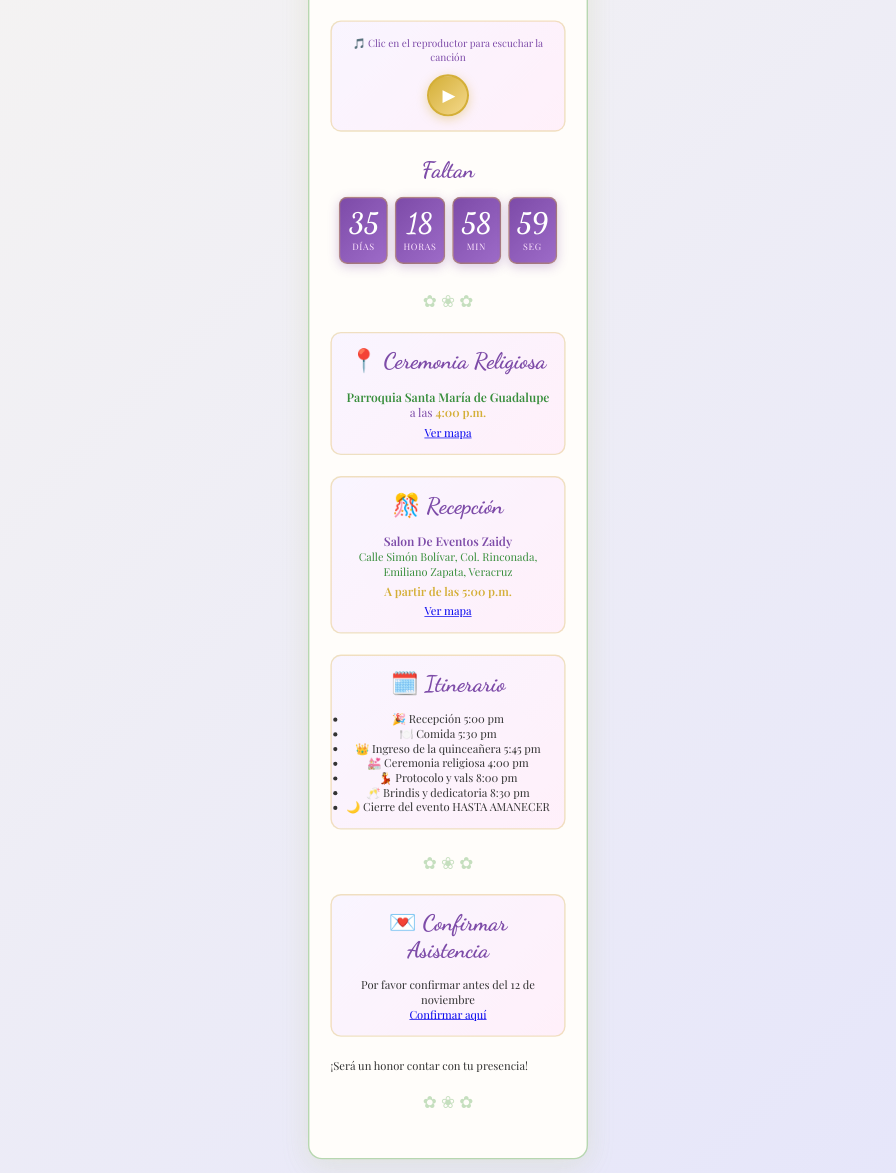
Repository: Jurgt2/InvitacionXvCamila
Page: index.html
An editor plug-in stored every save of this project. The page is shown before and after the next save, followed by the edit.
The browser window is 1280 px wide. The pictures show the part of the page from y = 853 to 2773 px (the page is 2529 px tall before and 2773 px after), at 70% of full size.
Some web fonts or font styles are not loaded; a fallback is used.

Above is the page before, as saved 2025-11-14 21:32:20.
Console error: TypeError: Cannot read properties of null (reading 'href')

### index.html
<!DOCTYPE html>
<html lang="es">
<head>
    <meta charset="UTF-8">
    <meta name="viewport" content="width=device-width, initial-scale=1.0">
    <title>Mis 15 Años - María Camila</title>

    <!-- Google Fonts -->
    <link rel="preconnect" href="https://fonts.googleapis.com">
    <link rel="preconnect" href="https://fonts.gstatic.com" crossorigin>
    <link href="https://fonts.googleapis.com/css2?family=Dancing+Script:wght@400;700&family=Playfair+Display:ital,wght@0,400;0,600;1,400&display=swap" rel="stylesheet">

    <!-- Estilos personalizados -->
    <link rel="stylesheet" href="style.css">
</head>
<body>
    <!-- Contenedor principal -->
    <div class="container">
    <!-- Encabezado superior eliminado -->
        <!-- 1. Foto circular de la quinceañera -->
        <div class="photo-section">
            <div class="photo-frame">
                <img src="quinceanera.jpg" alt="Emily Camila" class="quinceanera-photo">
            </div>
            <div class="crown-decoration">👑</div>
        </div>
        <!-- 2. Título principal -->
        <h1 class="main-title" style="font-family: 'Dancing Script', cursive; font-size: 2.5rem; font-weight: 700; color: #7d4ba8; text-align: center; margin: 20px 0 0 0;">
            Emily Camila <span style="font-size:2.5rem; color:#6a3d92; font-family: 'Dancing Script', cursive; font-weight: 700;">Salazar Santamaría</span>
        </h1>
        <!-- 3. Subtítulo descriptivo -->
        <p class="subtitle">
            Sus 15 años son un reflejo de su belleza, sus sueños y su alegría.<br>
            Hoy celebramos con entusiasmo y amor...
        </p>
        <!-- Fecha destacada (ahora debajo del texto) -->
        <div class="fecha-xv" style="text-align:center; margin:10px 0 18px 0;">
            <span style="display:inline-block; background:linear-gradient(90deg,#e6e6fa 60%,#d4af37 100%); color:#7d4ba8; border-radius:12px; padding:6px 18px; font-size:1.1rem; font-weight:600; letter-spacing:1px; box-shadow:0 2px 8px #e6e6fa80;">SÁBADO <span style="color:#388e3c; font-size:1.3rem;">20</span> DICIEMBRE</span>
        </div>
        <!-- Nombres de papás y padrinos (formato elegante) -->
        <div class="familia-xv" style="text-align:center; margin:28px 0 18px 0;">
            <span style="color:#7d4ba8; font-size:1.25rem; font-family:'Dancing Script',cursive; font-weight:700; letter-spacing:0.5px; display:block; margin-bottom:6px;">En compañía de</span>
            <div style="display:flex; justify-content:center; align-items:flex-start; gap:32px; flex-wrap:wrap; margin-bottom:6px;">
                <div style="min-width:140px;">
                    <span style="color:#d4af37; font-size:1.1rem; font-family:'Dancing Script',cursive; font-weight:700; display:block; margin-bottom:2px;">Sus papás</span>
                    <span style="display:block; color:#555; font-size:1.08rem; font-family:'Playfair Display',serif; font-style:italic; margin-bottom:2px;">José Antonio Salazar Morales</span>
                    <span style="display:block; color:#555; font-size:1.08rem; font-family:'Playfair Display',serif; font-style:italic;">Lissette Santamaría Correa</span>
                </div>
                <div style="min-width:140px;">
                    <span style="color:#7d4ba8; font-size:1.1rem; font-family:'Dancing Script',cursive; font-weight:700; display:block; margin-bottom:2px;">Sus padrinos</span>
                    <span style="display:block; color:#555; font-size:1.08rem; font-family:'Playfair Display',serif; font-style:italic; margin-bottom:2px;">Félix Córdova Alba</span>
                    <span style="display:block; color:#555; font-size:1.08rem; font-family:'Playfair Display',serif; font-style:italic;">Santa Correa Sánchez</span>
                </div>
            </div>
        </div>
        <!-- Decoración floral -->
        <div class="floral-divider">✿ ❀ ✿</div>

        <!-- 4. Reproductor de música -->
        <div class="music-section">
            <p class="music-instruction">🎵 Clic en el reproductor para escuchar la canción</p>
            <button id="playButton" class="play-button" aria-label="Reproducir música">
                <span id="playIcon">▶</span>
            </button>
            <audio id="audioPlayer" loop>
                <source src="musica.mp3" type="audio/mpeg">
                Tu navegador no soporta el elemento de audio.
            </audio>
        </div>

        <!-- 5. Cuenta regresiva -->
        <div class="countdown-section">
            <h2 class="section-title">Faltan</h2>
            <div class="countdown-container">
                <div class="countdown-box">
                    <div class="countdown-number" id="days">00</div>
                    <div class="countdown-label">Días</div>
                </div>
                <div class="countdown-box">
                    <div class="countdown-number" id="hours">00</div>
                    <div class="countdown-label">Horas</div>
                </div>
                <div class="countdown-box">
                    <div class="countdown-number" id="minutes">00</div>
                    <div class="countdown-label">Min</div>
                </div>
                <div class="countdown-box">
                    <div class="countdown-number" id="seconds">00</div>
                    <div class="countdown-label">Seg</div>
                </div>
            </div>
            <p id="countdownMessage" class="countdown-message"></p>
        </div>

        <!-- Decoración floral -->
        <div class="floral-divider">✿ ❀ ✿</div>

        <!-- 6. Sección LUGAR -->
        <div class="music-section">
            <h2 class="section-title">📍 Ceremonia Religiosa</h2>
            <p class="location-name" style="color:#388e3c; font-size:1.08rem; font-weight:700;">Parroquia Santa María de Guadalupe</p>
            <div style="color:#7d4ba8; font-size:1.05rem; margin-bottom:7px;">a las <span style="color:#d4af37; font-weight:700;">4:00 p.m.</span></div>
            <a href="https://maps.app.goo.gl/ystdQ5vSETh3HKnf7" target="_blank" rel="noopener noreferrer" class="btn btn-primary">
                Ver mapa
            </a>
        </div>

        <!-- 7. Sección RECEPCIÓN -->
        <div class="music-section">
            <h2 class="section-title">🎊 Recepción</h2>
            <p class="location-name" style="color:#7d4ba8; font-size:1.08rem; font-weight:700;">Salon De Eventos Zaidy</p>
            <div style="color:#388e3c; font-size:0.98rem; margin-bottom:7px;">Calle Simón Bolívar, Col. Rinconada, Emiliano Zapata, Veracruz</div>
            <div style="color:#d4af37; font-size:1.05rem; font-weight:700; margin-bottom:7px;">A partir de las 5:00 p.m.</div>
            <a href="https://maps.app.goo.gl/BLjvQERLtKDqoa328" target="_blank" rel="noopener noreferrer" class="btn btn-primary">
                Ver mapa
            </a>
        </div>
        <!-- 8. Sección ITINERARIO -->
        <div class="music-section">
            <h2 class="section-title">🗓️ Itinerario</h2>
            <ul class="itinerary-list">
                <li class="itinerary-item">
                    <span class="itinerary-icon">🎉</span>
                    <span class="itinerary-text">Recepción</span>
                    <span class="itinerary-time">5:00 pm</span>
                </li>
                <li class="itinerary-item">
                    <span class="itinerary-icon">🍽️</span>
                    <span class="itinerary-text">Comida</span>
                    <span class="itinerary-time">5:30 pm</span>
                </li>
                <li class="itinerary-item">
                    <span class="itinerary-icon">👑</span>
                    <span class="itinerary-text">Ingreso de la quinceañera</span>
                    <span class="itinerary-time">5:45 pm</span>
                </li>
                <li class="itinerary-item">
                    <span class="itinerary-icon">💒</span>
                    <span class="itinerary-text">Ceremonia religiosa</span>
                    <span class="itinerary-time">4:00 pm</span>
                </li>
                <li class="itinerary-item">
                    <span class="itinerary-icon">💃</span>
                    <span class="itinerary-text">Protocolo y vals</span>
                    <span class="itinerary-time">8:00 pm</span>
                </li>
                <li class="itinerary-item">
                    <span class="itinerary-icon">🥂</span>
                    <span class="itinerary-text">Brindis y dedicatoria</span>
                    <span class="itinerary-time">8:30 pm</span>
                </li>
                <li class="itinerary-item">
                    <span class="itinerary-icon">🌙</span>
                    <span class="itinerary-text">Cierre del evento</span>
                    <span class="itinerary-time">HASTA AMANECER</span>
                </li>
            </ul>
        </div>

        <!-- Decoración floral -->
        <div class="floral-divider">✿ ❀ ✿</div>

        <!-- 9. Sección CONFIRMAR ASISTENCIA -->
        <div class="music-section">
            <h2 class="section-title">💌 Confirmar Asistencia</h2>
            <p class="rsvp-text">Por favor confirmar antes del 12 de noviembre</p>
            <a href="https://wa.me/522791007933?text=Hola%2C%20confirmo%20mi%20asistencia%20a%20los%2015%20a%C3%B1os%20de%20Emily%20Camila.%20%C2%A1Ser%C3%A1%20un%20honor%20acompa%C3%B1arla%20en%20su%20d%C3%ADa%20especial!%20%F0%9F%92%96%F0%9F%8E%89" target="_blank" rel="noopener noreferrer" class="btn btn-primary">
                Confirmar aquí
            </a>
        </div>

        <!-- Footer decorativo -->
        <div class="footer">
            <p class="footer-text">¡Será un honor contar con tu presencia!</p>
            <div class="floral-divider">✿ ❀ ✿</div>
        </div>

    </div>

    <!-- Script JavaScript -->
    <script src="script.js"></script>
</body>
</html>

### style.css
/* ==========================================
   INVITACIÓN QUINCEAÑERA - DULCE PRIMAVERA
   Tema: Morado, Rosa y Dorado
   ========================================== */

/* Reset y configuración base */
* {
    margin: 0;
    padding: 0;
    box-sizing: border-box;
}

body {
    font-family: 'Playfair Display', serif;
    background: linear-gradient(135deg, #f8f6f0 0%, #e6e6fa 100%);
    min-height: 100vh;
    padding: 20px;
    color: #333;
    overflow-x: hidden;
}

/* Contenedor principal */
.container {
    max-width: 400px;
    margin: 0 auto;
    background: #fffdfa;
    border-radius: 20px;
    padding: 40px 30px;
    box-shadow: 0 10px 40px rgba(183, 215, 176, 0.15), 0 10px 40px rgba(212, 175, 55, 0.08);
    border: 2px solid #b7d7b0;
    position: relative;
}

/* ==========================================
   1. SECCIÓN DE FOTO
   ========================================== */
.photo-section {
    text-align: center;
    margin-bottom: 30px;
    position: relative;
}

.photo-frame {
    width: 180px;
    height: 180px;
    margin: 0 auto;
    border-radius: 50%;
    border: 6px solid #b7d7b0;
    overflow: hidden;
    box-shadow: 0 8px 20px rgba(183, 215, 176, 0.25), 0 8px 20px rgba(212, 175, 55, 0.15);
    position: relative;
}

.quinceanera-photo {
    width: 100%;
    height: 100%;
    object-fit: cover;
}

.crown-decoration {
    font-size: 2rem;
    margin-top: 10px;
    animation: float 3s ease-in-out infinite;
}

@keyframes float {
    0%, 100% { transform: translateY(0); }
    50% { transform: translateY(-10px); }
}

/* ==========================================
   2. TÍTULO PRINCIPAL
   ========================================== */
.main-title {
    font-family: 'Dancing Script', cursive;
    font-size: 3rem;
        color: #7d4ba8;
    text-align: center;
    margin: 20px 0;
    text-shadow: 2px 2px 4px #b7d7b0;
    font-weight: 700;
}

/* ==========================================
   3. SUBTÍTULO
   ========================================== */
.subtitle {
    font-size: 1rem;
    font-style: italic;
    text-align: center;
    color: #666;
    line-height: 1.6;
    margin-bottom: 25px;
    padding: 0 10px;
}

/* ==========================================
   DECORACIONES FLORALES
   ========================================== */
.floral-divider {
    text-align: center;
    font-size: 1.5rem;
    color: #b7d7b0;
    margin: 25px 0;
    opacity: 0.8;
}

/* ==========================================
   4. REPRODUCTOR DE MÚSICA
   ========================================== */
.music-section {
    text-align: center;
    margin: 30px 0;
    padding: 20px;
    background: linear-gradient(135deg, #f9f5ff 0%, #fff0fa 100%);
    border-radius: 15px;
    border: 2px solid rgba(212, 175, 55, 0.3);
}

.music-instruction {
    font-size: 0.9rem;
    color: #7d4ba8;
    margin-bottom: 15px;
}

.play-button {
    width: 60px;
    height: 60px;
    border-radius: 50%;
    border: 3px solid #d4af37;
    background: linear-gradient(135deg, #d4af37 0%, #f4d88a 100%);
    color: white;
    font-size: 1.5rem;
    cursor: pointer;
    transition: all 0.3s ease;
    box-shadow: 0 4px 15px rgba(212, 175, 55, 0.4);
    display: flex;
    align-items: center;
    justify-content: center;
    margin: 0 auto;
}

.play-button:hover {
    transform: scale(1.1);
    box-shadow: 0 6px 20px rgba(212, 175, 55, 0.6);
}

.play-button:active {
    transform: scale(0.95);
}

#playIcon {
    display: inline-block;
    margin-left: 3px;
}

/* ==========================================
   5. CUENTA REGRESIVA
   ========================================== */
.countdown-section {
    margin: 35px 0;
    text-align: center;
}

.section-title {
    font-family: 'Dancing Script', cursive;
    font-size: 2rem;
        color: #7d4ba8;
    margin-bottom: 20px;
    text-align: center;
}

.countdown-container {
    display: flex;
    justify-content: center;
    gap: 10px;
    flex-wrap: wrap;
}

.countdown-box {
    background: linear-gradient(135deg, #7d4ba8 0%, #9d6bc8 100%);
    border-radius: 12px;
    padding: 15px 10px;
    min-width: 70px;
    box-shadow: 0 4px 15px rgba(125, 75, 168, 0.3);
    border: 2px solid rgba(212, 175, 55, 0.4);
}

.countdown-number {
    font-family: 'Dancing Script', cursive;
    font-size: 2.5rem;
    color: white;
    font-weight: 700;
    line-height: 1;
}

.countdown-label {
    font-size: 0.8rem;
    color: #ffe6ff;
    margin-top: 5px;
    text-transform: uppercase;
    letter-spacing: 1px;
}

.countdown-message {
    margin-top: 20px;
    font-family: 'Dancing Script', cursive;
    font-size: 1.5rem;
    color: #d4af37;
    font-weight: 700;
        color: #666;

/* ==========================================
   6. SECCIÓN LUGAR
   ========================================== */
.location-section {
    text-align: center;
    margin: 35px 0;
    padding: 25px;
    background: #fff;
    border-radius: 15px;
    border: 2.5px solid #d4af37;
    box-shadow: 0 4px 16px rgba(212, 175, 55, 0.10);
}

.location-name {
    font-size: 1.1rem;
        color: #555;
    margin: 15px 0 20px 0;
    font-weight: 600;
}

/* ==========================================
   7. ITINERARIO
   ========================================== */
.itinerary-section {
    margin: 35px 0;
    padding: 25px;
    background: linear-gradient(135deg, #f8f6f0 0%, #e6e6fa 100%);
    border-radius: 15px;
    border: 2px solid #b7d7b0;
    box-shadow: 0 4px 16px rgba(183, 215, 176, 0.10);
}

.itinerary-list {
    list-style: none;
    margin-top: 20px;
}

.itinerary-item {
    display: flex;
    align-items: center;
    padding: 12px 0;
    border-bottom: 1px solid rgba(125, 75, 168, 0.1);
}

.itinerary-item:last-child {
    border-bottom: none;
}

.itinerary-icon {
    font-size: 1.3rem;
    margin-right: 12px;
    min-width: 30px;
}

.itinerary-text {
    flex: 1;
    font-size: 0.95rem;
        color: #555;
}

.itinerary-time {
    font-size: 0.9rem;
    color: #7d4ba8;
    font-weight: 600;
    min-width: 70px;
    text-align: right;
}

/* ==========================================
   8. CONFIRMAR ASISTENCIA
   ========================================== */
.rsvp-section {
    text-align: center;
    margin: 35px 0;
    padding: 25px;
    background: linear-gradient(135deg, #fff0ff 0%, #fffaff 100%);
    border-radius: 15px;
    border: 2px solid rgba(212, 175, 55, 0.3);
}

.rsvp-text {
    font-size: 1rem;
        color: #666;
    margin: 15px 0 20px 0;
    font-style: italic;
}

/* ==========================================
   BOTONES
   ========================================== */
.btn {
    display: inline-block;
    padding: 12px 30px;
    border-radius: 25px;
    text-decoration: none;
    font-size: 1rem;
    font-weight: 600;
    transition: all 0.3s ease;
    cursor: pointer;
    border: none;
    text-align: center;
    font-family: 'Playfair Display', serif;
}

.btn-primary {
    background: linear-gradient(135deg, #7d4ba8 0%, #9d6bc8 100%);
    color: white;
    box-shadow: 0 4px 15px rgba(125, 75, 168, 0.3);
}

.btn-primary:hover {
    transform: scale(1.05);
    box-shadow: 0 6px 20px rgba(125, 75, 168, 0.5);
    background: linear-gradient(135deg, #6a3d92 0%, #8a5ab4 100%);
}

.btn-primary:active {
    transform: scale(0.98);
}

/* ==========================================
   FOOTER
   ========================================== */
.footer {
    text-align: center;
    margin-top: 40px;
    padding-top: 20px;
    border-top: 2px solid rgba(125, 75, 168, 0.1);
}

.footer-text {
    font-family: 'Dancing Script', cursive;
    font-size: 1.3rem;
        color: #7d4ba8;
    margin-bottom: 15px;
}

/* ==========================================
   RESPONSIVE DESIGN
   ========================================== */
@media (max-width: 450px) {
    .container {
        padding: 30px 20px;
    }

    .main-title {
        font-size: 2.5rem;
    }

    .countdown-box {
        min-width: 65px;
        padding: 12px 8px;
    }

    .countdown-number {
        font-size: 2rem;
    }

    .section-title {
        font-size: 1.7rem;
    }

    .itinerary-text {
        font-size: 0.85rem;
    }

    .itinerary-time {
        font-size: 0.8rem;
        min-width: 60px;
    }
}

@media (max-width: 350px) {
    .photo-frame {
        width: 150px;
        height: 150px;
    }

    .main-title {
        font-size: 2.2rem;
    }

    .countdown-container {
        gap: 8px;
    }

    .countdown-box {
        min-width: 60px;
        padding: 10px 5px;
    }

    .countdown-number {
        font-size: 1.8rem;
    }
}

Loaded but not shown: script.js (157 lines, source omitted)

After the next save:
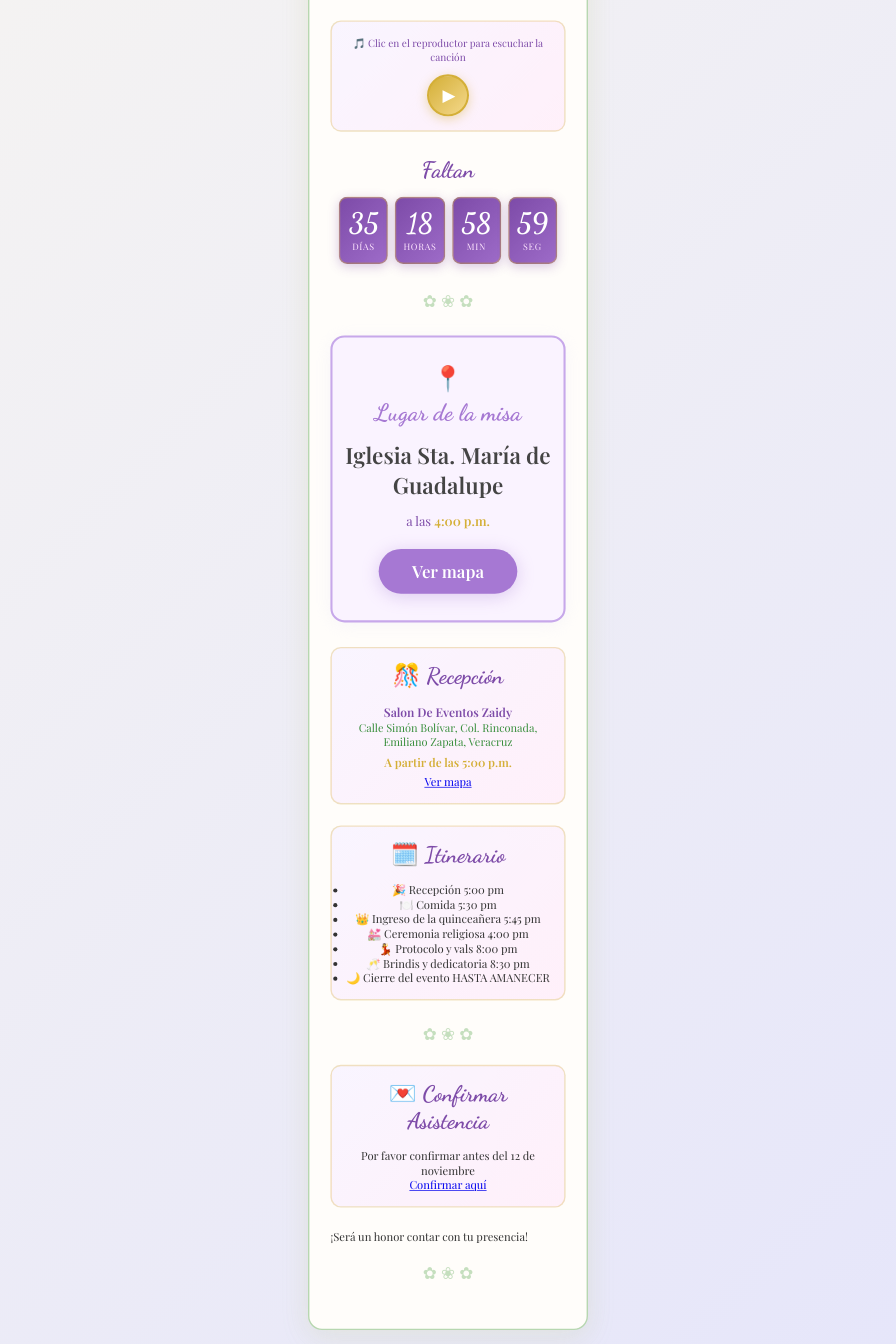
Saved 2 min 34 s later.
--- a/index.html
+++ b/index.html
@@ -96,13 +96,12 @@
         <div class="floral-divider">✿ ❀ ✿</div>
 
         <!-- 6. Sección LUGAR -->
-        <div class="music-section">
-            <h2 class="section-title">📍 Ceremonia Religiosa</h2>
-            <p class="location-name" style="color:#388e3c; font-size:1.08rem; font-weight:700;">Parroquia Santa María de Guadalupe</p>
-            <div style="color:#7d4ba8; font-size:1.05rem; margin-bottom:7px;">a las <span style="color:#d4af37; font-weight:700;">4:00 p.m.</span></div>
-            <a href="https://maps.app.goo.gl/ystdQ5vSETh3HKnf7" target="_blank" rel="noopener noreferrer" class="btn btn-primary">
-                Ver mapa
-            </a>
+        <div class="cuadro-misa" style="background: #faf3ff; border: 3px solid #c7a8ea; border-radius: 20px; padding: 32px 18px 38px 18px; margin: 35px 0; text-align: center; box-shadow: 0 4px 24px #e6e6fa55;">
+            <div style="font-size:2.2rem; margin-bottom: 8px;">📍</div>
+            <div style="font-family: 'Dancing Script', cursive; font-size:2.1rem; color:#a678d3; margin-bottom: 18px; font-weight: 700;">Lugar de la misa</div>
+            <div style="font-family: 'Playfair Display', serif; font-size:2rem; color:#444; font-weight:700; margin-bottom: 18px;">Iglesia Sta. María de Guadalupe</div>
+            <div style="font-size:1.15rem; color:#7d4ba8; margin-bottom: 28px;">a las <span style="color:#d4af37; font-weight:700;">4:00 p.m.</span></div>
+            <a href="https://maps.app.goo.gl/ystdQ5vSETh3HKnf7" target="_blank" rel="noopener noreferrer" style="display:inline-block; background:#a678d3; color:#fff; font-family:'Playfair Display',serif; font-size:1.5rem; font-weight:600; border-radius:32px; padding:16px 48px; text-decoration:none; box-shadow:0 4px 24px #a678d355; transition:background 0.2s;">Ver mapa</a>
         </div>
 
         <!-- 7. Sección RECEPCIÓN -->
